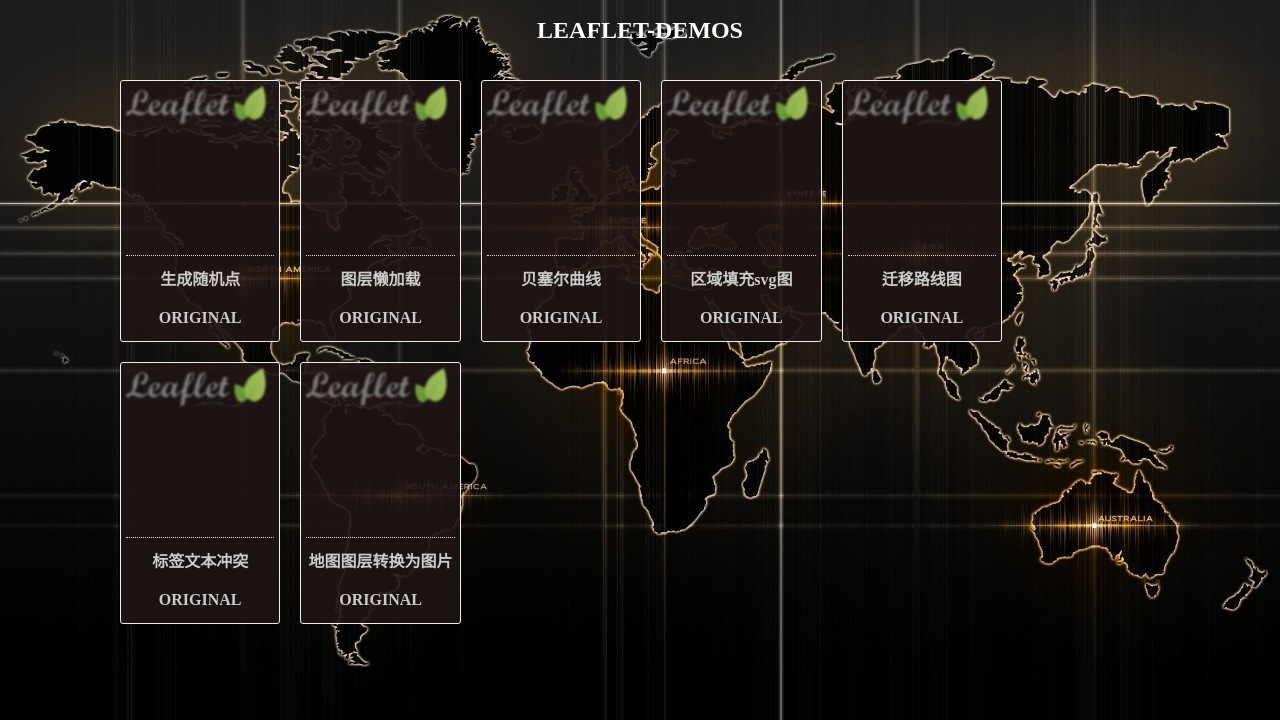
Repository: victorcheney/leafletdemos
Page: index.html
An editor plug-in stored every save of this project. The page is shown before and after a run of saves, followed by the edit.
The browser window is 1280 px wide. The pictures show the whole page.

Above is the page before, as saved 2019-01-19 13:03:45.

### index.html
<!DOCTYPE html>
<html>

<head>
    <title>leaflet demos</title>
    <meta name="viewport" content="width=device-width, initial-scale=1.0, maximum-scale=1.0, user-scalable=no" />
    <meta charset="utf-8">

    <link rel="stylesheet" href="lib/leaflet-1.0.0/leaflet.css">
    <link rel="stylesheet" href="lib/mapbox-gl/mapbox-gl.css">
    <link rel="stylesheet" href="css/app.css">

    <style>
        body {
            background: url('../img/bg-worldmap.jpg');
            background-size: cover;
            background-repeat: no-repeat;
        }
    </style>
</head>

<body>

    <!-- <div id="map"></div> -->

    <header>
        <h2>LEAFLET-DEMOS</h2>
    </header>

    <section>
        <div id="card-list" class="list-container">
        </div>
    </section>


    <script src="lib/leaflet-1.0.0/leaflet.js"></script>
    <!-- <script src="lib/mapbox.js"></script> -->
    <script src="lib/mapbox-gl/mapbox-gl.js"></script>
    <script src="lib/leaflet-mapbox-gl.js"></script>
    <script src="lib/jquery.min.js"></script>

    <!-- leaflet-maskcanvas -->
    <script src="lib/leaflet-maskcanvas/QuadTree.js"></script>
    <script src="lib/leaflet-maskcanvas/L.GridLayer.MaskCanvas.js"></script>

    <script src="js/index.js"></script>
</body>

</html>

### css/app.css
html,
body {
    margin: 0;
    padding: 0;
    width: 100%;
    height: 100%;
}
* {
    margin: 0;
    padding: 0;
}
ul, li {
    list-style: none;
    padding: 0;
    margin: 0;
}

header h2 {
    text-align: center;
    height: 60px;
    line-height: 60px;
    color: #fff;
}

.list-container {
    /* width: 100%; */
    margin: 0 100px;
}

.list-container ul{
    margin: 0 auto;
    display: flex;
    flex-wrap: wrap;
    align-items: center;
    padding: 10px;
    /* justify-content: center; */
}

.list-container li {
    display: flex;
    flex-direction: column;
    justify-content: space-between;
    margin: 10px;
    padding: 5px;
    height: 250px;
    width: 14%;
    cursor: pointer;
    border: 1px solid #eee;
    transition: all .3s;
    text-align: center;
    border-radius: 3px;
    background: rgba(31, 21, 21, 0.9);
}
.list-container li:hover {
    margin-top: -3px;
}

.list-container li:hover img {
    filter: none;
    transform: scale(1.02)
}

.list-container li img {
    opacity: .8;
    -webkit-filter: blur(1px);
　　-moz-filter: blur(1px);
　　-ms-filter: blur(1px);
    filter: blur(1px);
    transition: all .3s;
}

.p-link {
    display: flex;
    justify-content: space-around;
    align-items: center;
    flex-direction: column;
    height: 80px;
    border-top: 1px dotted #ddd;
}

.list-container li a {
    color: #ccc;
    font-weight: 600;
    text-decoration:none;
}
.list-container li a:hover {
    color: #fff;
}

### js/index.js
// 生成卡片列表
let listData = [
    {
        name: '生成随机点',
        url: 'examples/demo-randommarker/index.html',
        originalUrl: ''
    },
    {
        name: '图层懒加载',
        url: 'examples/demo-layerindex/index.html',
        originalUrl: ''
    },
    {
        name: '贝塞尔曲线',
        url: 'examples/demo-bezier/index.html',
        originalUrl: ''
    },
    {
        name: '区域填充svg图',
        url: 'examples/demo-polygon-fillPattern/index.html',
        originalUrl: ''
    },
    {
        name: '迁移路线图',
        url: 'examples/demo-migrationLayer/index.html',
        originalUrl: ''
    },
    {
        name: '标签文本冲突',
        url: 'examples/demo-labelTextCollision/index.html',
        originalUrl: ''
    },
    {
        name: '地图图层转换为图片',
        url: 'examples/demo-leafletimage/index.html',
        originalUrl: ''
    }
];

let html = '<ul>';

listData.map(item => {

    html +=
    `<li>
        <img src="img/leaflet.png" alt="">
        <div class="p-link">
            <a href="${item.url}">${item.name}</a>
            <a href="${item.originalUrl}">ORIGINAL</a>
        </div>
    </li>`;

    return item;
});

html += '</ul>';

let node = document.getElementById('card-list');
node.innerHTML = html;

Loaded but not shown: lib/leaflet-1.0.0/leaflet.css (library); lib/mapbox-gl/mapbox-gl.css (library); lib/leaflet-1.0.0/leaflet.js (library); lib/mapbox-gl/mapbox-gl.js (library); lib/leaflet-mapbox-gl.js (library); lib/jquery.min.js (library); lib/leaflet-maskcanvas/QuadTree.js (library); lib/leaflet-maskcanvas/L.GridLayer.MaskCanvas.js (library)

After the next 2 saves:
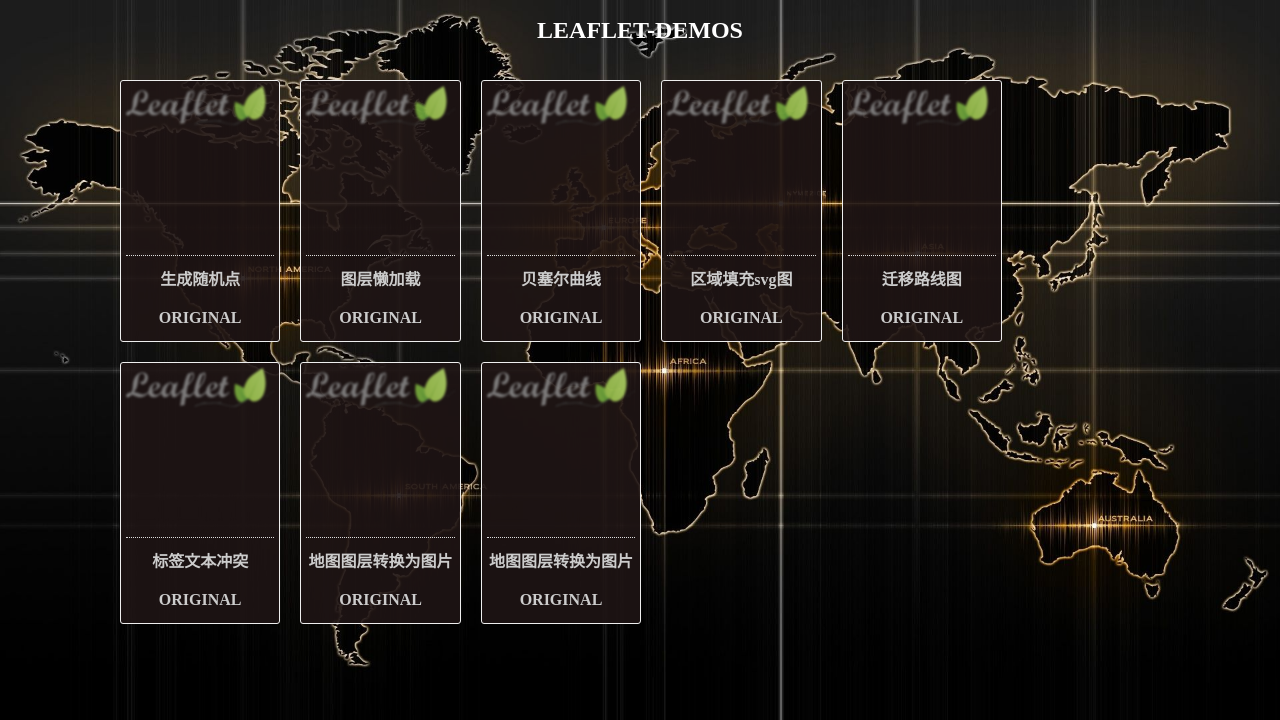
The 2 saves are shown as one change because they came seconds apart.
The last was saved 50 s later.
--- a/js/index.js
+++ b/js/index.js
@@ -34,6 +34,11 @@
         name: '地图图层转换为图片',
         url: 'examples/demo-leafletimage/index.html',
         originalUrl: ''
+    },
+    {
+        name: '地图图层转换为图片',
+        url: 'examples/demo-leafletimage/index.html',
+        originalUrl: ''
     }
 ];
 
